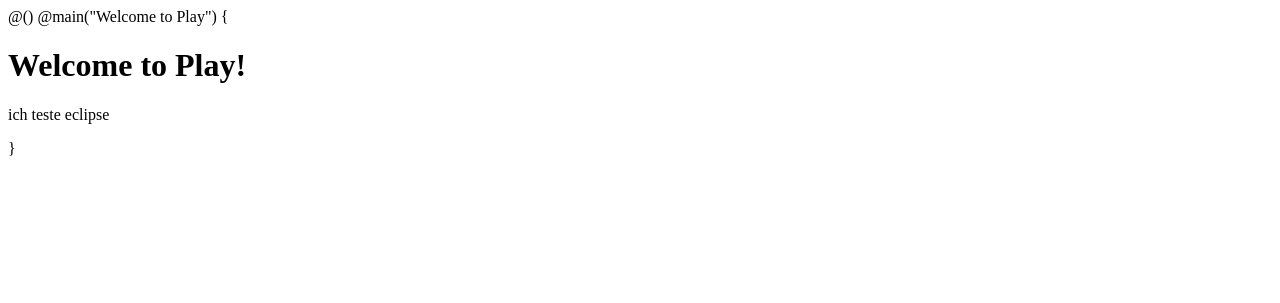
Repository: Avinukas/InTime
Page: intime/app/views/index.scala.html
The author's editor kept a copy of each file at every save. The page is drawn from the files as they stood at one save, then again after the next save.
The browser window is 1280 px wide. The pictures show the whole page.

Above is the page before, as saved 2018-05-16 13:12:02.

### intime/app/views/index.scala.html
@()

@main("Welcome to Play") {
  <h1>Welcome to Play!</h1>
  <p>ich teste eclipse</p>
}

After the next save:
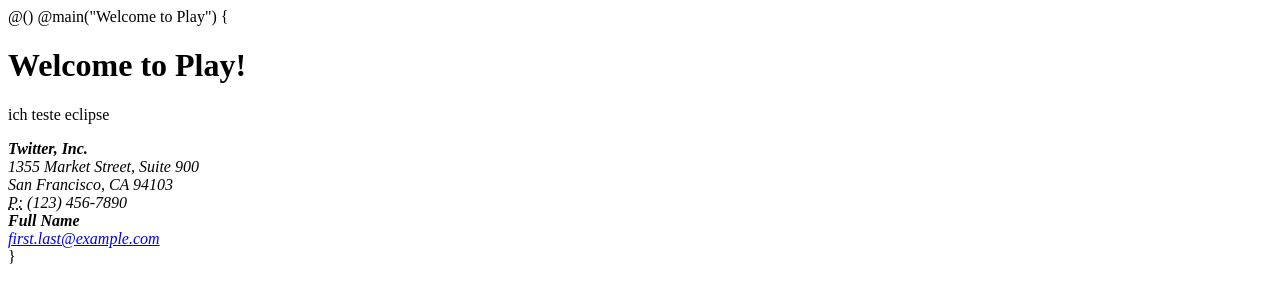
Saved 3 min 16 s later.
--- a/intime/app/views/index.scala.html
+++ b/intime/app/views/index.scala.html
@@ -3,4 +3,16 @@
 @main("Welcome to Play") {
   <h1>Welcome to Play!</h1>
   <p>ich teste eclipse</p>
+
+  <address>
+  <strong>Twitter, Inc.</strong><br>
+  1355 Market Street, Suite 900<br>
+  San Francisco, CA 94103<br>
+  <abbr title="Phone">P:</abbr> (123) 456-7890
+</address>
+
+<address>
+  <strong>Full Name</strong><br>
+  <a href="mailto:#">first.last@example.com</a>
+</address>
 }
